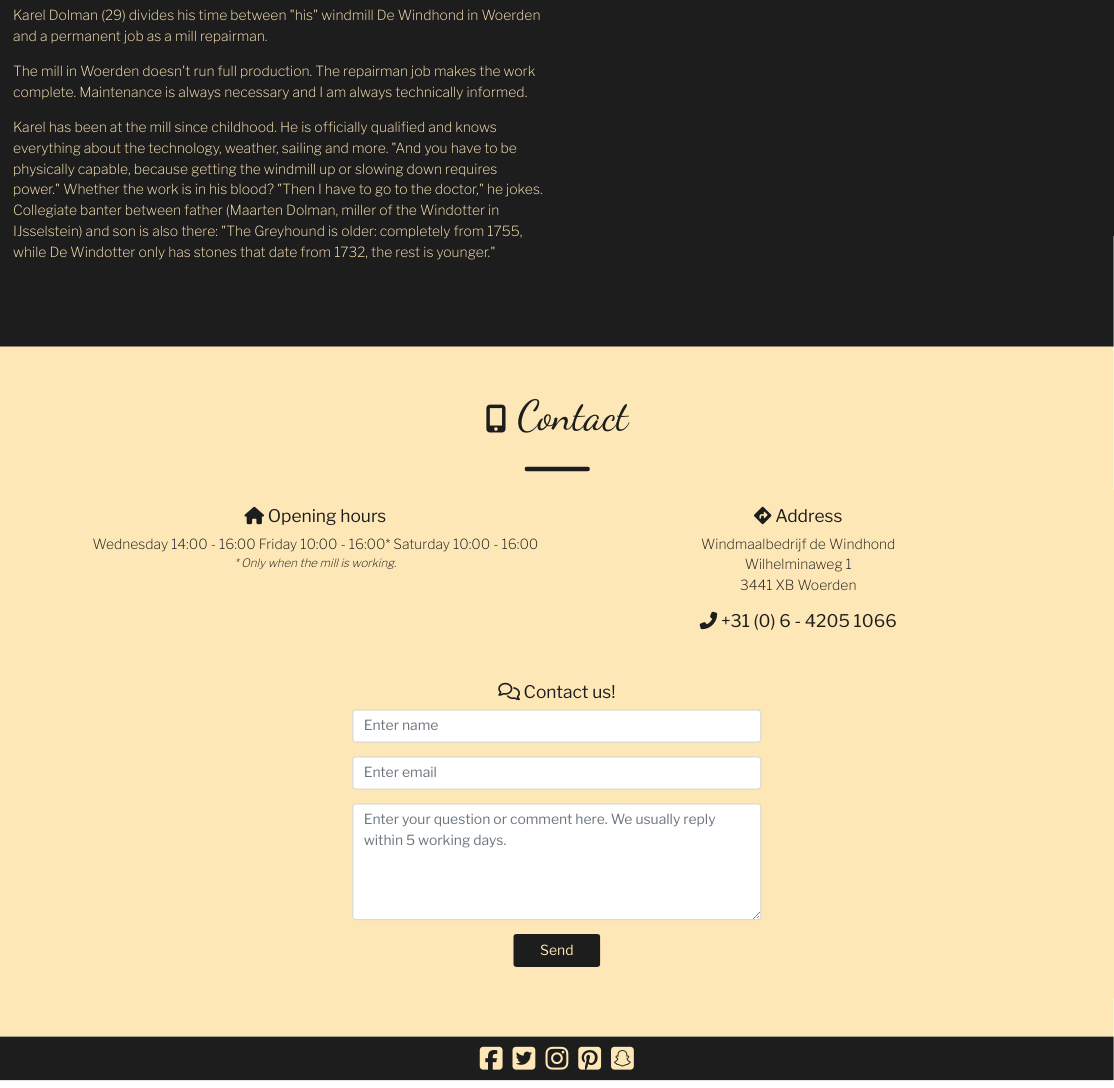
Repository: jdl208/DeWindhond
Page: index.html
The author's editor kept a record of every edit. The page is drawn from the files as they stood at one moment, then again after the next edit.
The browser window is 1280 px wide. The pictures show the part of the page from y = 2357 to 3608 px (the page is 3608 px tall before and 3488 px after), at 87% of full size.
Some web libraries are served in a nearby version.

Above is the page before.

After the next edit:
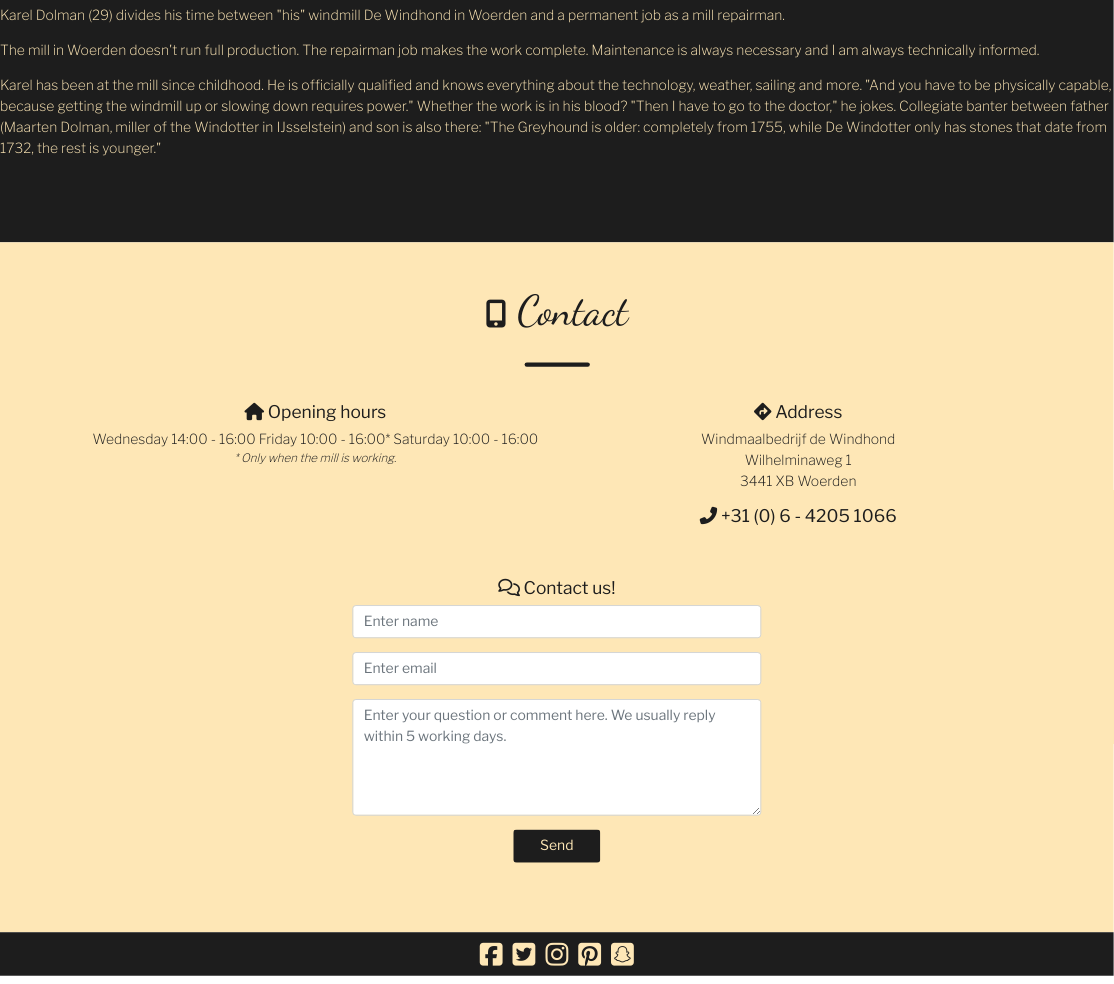
The edit:
--- a/index.html
+++ b/index.html
@@ -124,7 +124,6 @@
 
                 <iframe width="100%" height="315" src="https://www.youtube.com/embed/lAjF5r5rAqM" frameborder="0" allow="accelerometer; autoplay; encrypted-media; gyroscope; picture-in-picture" allowfullscreen></iframe>
             </div>
-            <div class="col-md-6">
                 <p>Karel Dolman (29) divides his time between "his" windmill De Windhond in Woerden and a permanent job as a mill repairman.</p>
                 <p>The mill in Woerden doesn't run full production. The repairman job makes the work complete. Maintenance is always necessary and I am always technically informed.</p>
                 <p>Karel has been at the mill since childhood. He is officially qualified and knows everything about the technology, weather, sailing and more. "And you have to be physically capable, because getting the windmill up or slowing down requires
